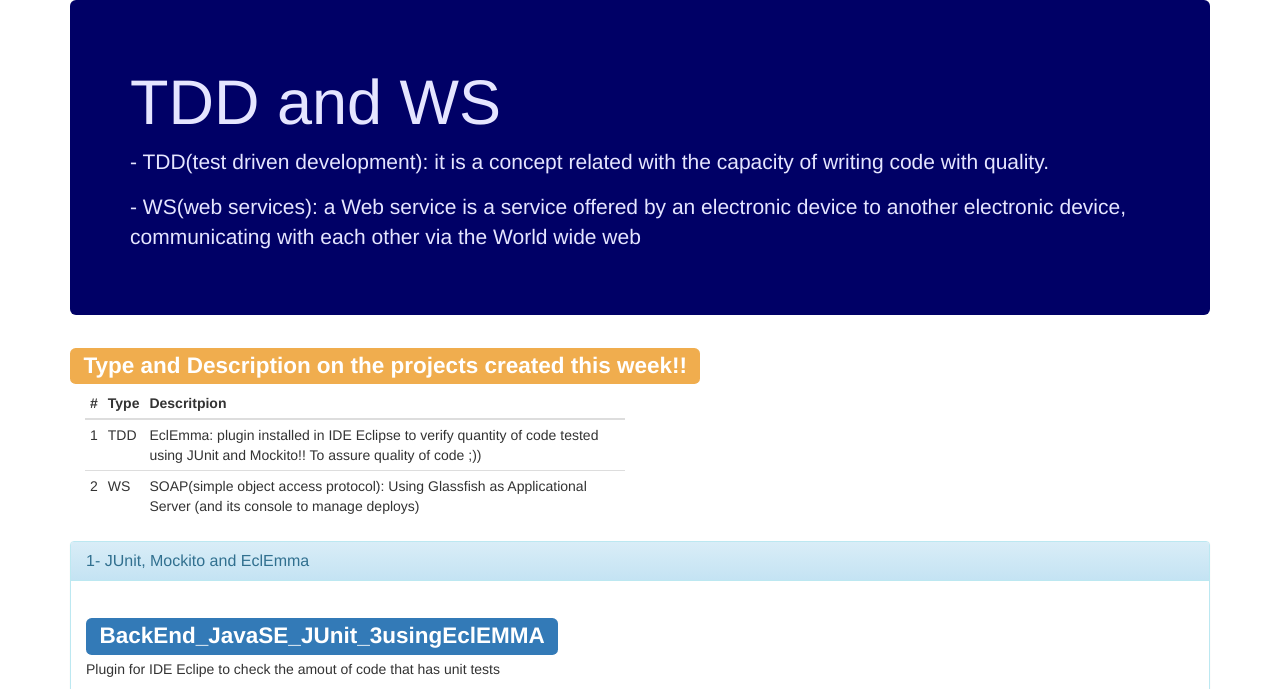
Repository: atafs/Deploy_GoogleAppEngine_webAPPS
Page: Project_001_Deploy_americotomasLIB/war/index.html
These files come from the project's save history. The page is drawn as it stood at one moment and after the next save; the edit follows.
The browser window is 1280 px wide. The pictures show the part of the page from y = 0 to 689 px (the page is 2787 px tall before and 2862 px after).
Pictures or frames that could not be fetched are drawn as grey boxes.

Above is the page before, as saved 2016-01-28 12:14:10.
Console error (its wording comes from the project's code and is left out).

After the next save:
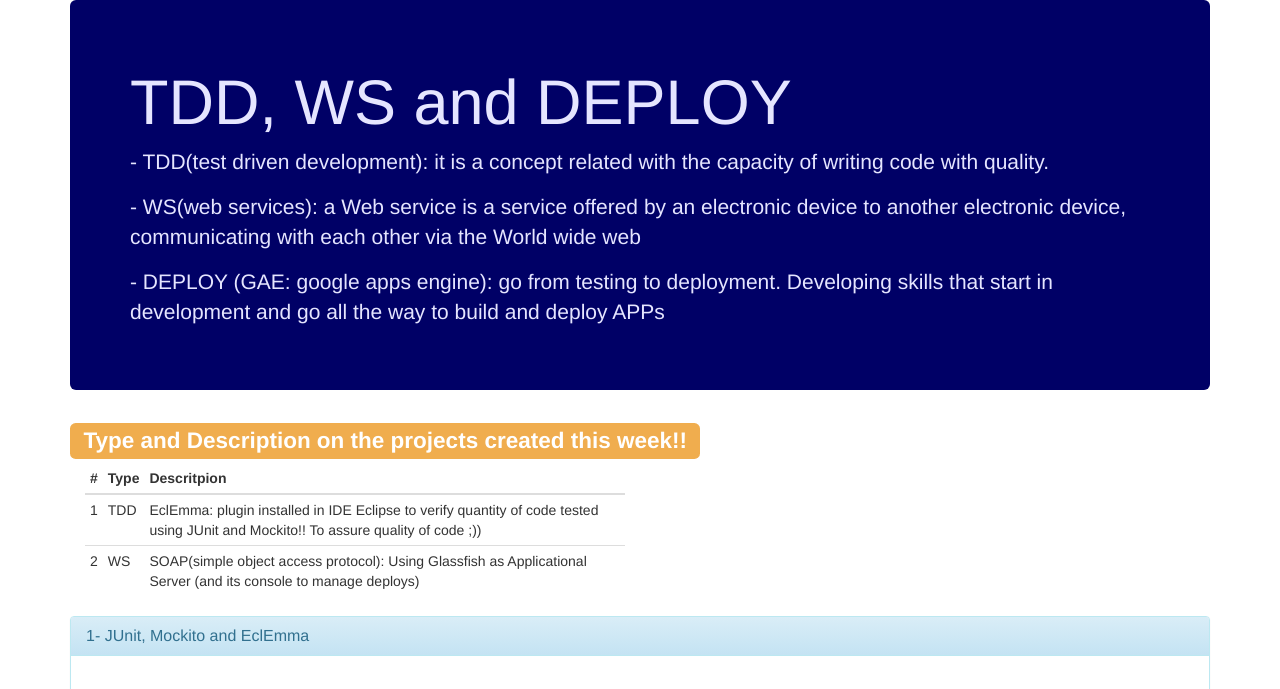
Saved 4 min 8 s later.
--- a/Project_001_Deploy_americotomasLIB/war/index.html
+++ b/Project_001_Deploy_americotomasLIB/war/index.html
@@ -17,9 +17,10 @@
 		<!-- Main jumbotron for a primary marketing message or call to action -->
 		<div style="background-color: #000066; color: #e5e5ff"
 			class="jumbotron">
-			<h1>TDD and WS</h1>
+			<h1>TDD, WS and DEPLOY</h1>
 			<p>- TDD(test driven development): it is a concept related with the capacity of writing code with quality.</p>
 			<p>- WS(web services): a Web service is a service offered by an electronic device to another electronic device, communicating with each other via the World wide web</p>
+			<p>- DEPLOY (GAE: google apps engine): go from testing to deployment. Developing skills that start in development and go all the way to build and deploy APPs</p>
 		</div>
 		<h2>
 			<span class="label label-warning">Type and Description on the
